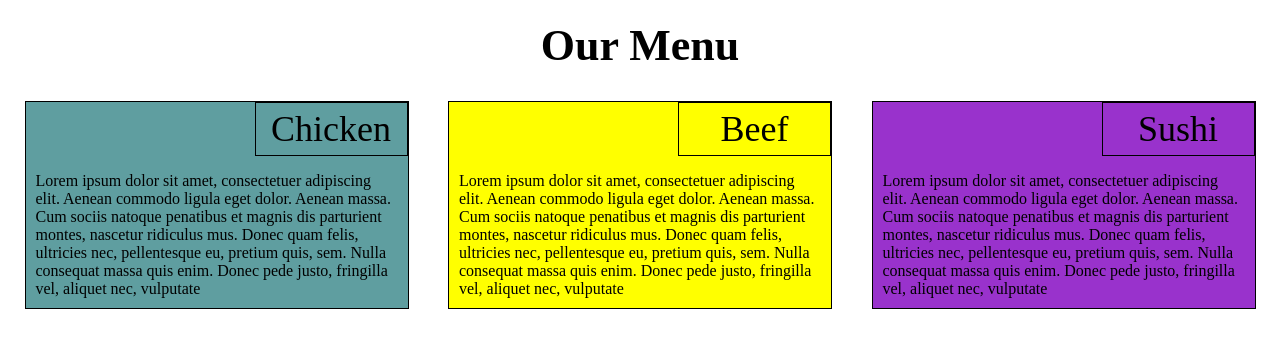
Repository: Normandy72/module2-solution
Page: index.html
The author's editor kept a copy of each file at every save. The page is drawn from the files as they stood at one save, then again after the next save.
The browser window is 1280 px wide. The pictures show the whole page.
Some web fonts or font styles are not loaded; a fallback is used.

Above is the page before, as saved 2022-12-05 15:14:58.

### index.html
<!DOCTYPE html>
<html lang="en">
<head>
    <meta charset="UTF-8">
    <meta http-equiv="X-UA-Compatible" content="IE=edge">
    <meta name="viewport" content="width=device-width, initial-scale=1.0">
    <title>Our menu</title>
    <link href="https://fonts.googleapis.com/css2?family=Comic+Neue:ital,wght@0,300;0,400;0,700;1,300;1,400;1,700&family=Roboto:ital,wght@0,100;0,300;0,400;0,500;0,700;0,900;1,100;1,300;1,400;1,500;1,700;1,900&display=swap" rel="stylesheet">
    <link rel="stylesheet" href="styles/style.css">
</head>
<body>
    <h1>Our Menu</h1>
    <div class="wrapper">
        <div class="card">
            <div class="card__name">Chicken</div>
            <p class="card__text">Lorem ipsum dolor sit amet, consectetuer adipiscing elit. Aenean commodo ligula eget dolor. Aenean massa. Cum sociis natoque penatibus et magnis dis parturient montes, nascetur ridiculus mus. Donec quam felis, ultricies nec, pellentesque eu, pretium quis, sem. Nulla consequat massa quis enim. Donec pede justo, fringilla vel, aliquet nec, vulputate</p>
        </div>
        <div class="card">
            <div class="card__name">Beef</div>
            <p class="card__text">Lorem ipsum dolor sit amet, consectetuer adipiscing elit. Aenean commodo ligula eget dolor. Aenean massa. Cum sociis natoque penatibus et magnis dis parturient montes, nascetur ridiculus mus. Donec quam felis, ultricies nec, pellentesque eu, pretium quis, sem. Nulla consequat massa quis enim. Donec pede justo, fringilla vel, aliquet nec, vulputate</p>
        </div>
        <div class="card">
            <div class="card__name">Sushi</div>
            <p class="card__text">Lorem ipsum dolor sit amet, consectetuer adipiscing elit. Aenean commodo ligula eget dolor. Aenean massa. Cum sociis natoque penatibus et magnis dis parturient montes, nascetur ridiculus mus. Donec quam felis, ultricies nec, pellentesque eu, pretium quis, sem. Nulla consequat massa quis enim. Donec pede justo, fringilla vel, aliquet nec, vulputate</p>
        </div>
    </div>
</body>
</html>

### styles/style.css
*{
    font-family: 'Comic Neue', cursive;
    font-size: 10px;

    margin: 0;
    padding: 0;
    box-sizing: border-box;
}

h1{
    font-size: 4.4rem;
    text-align: center;

    padding-top: 20px;
    padding-bottom: 30px;
}

.wrapper{
    display: flex;
    justify-content: space-evenly;
}

.card{
    width: 30%;
    margin: 0 15px 30px;
    position: relative;
    border: 1px solid black;
}

.card__name{
    border: 1px solid black;
    font-size: 3.6rem;
    padding: 5px;
    text-align: center;
    width: 40%;
    position: absolute;
    top: 0;
    right: 0;
}

.card__text{
    font-size: 1.6rem;
    padding: 70px 10px 10px;
}

.card:nth-child(1){
    background-color: cadetblue;
}

.card:nth-child(2){
    background-color: yellow;
}

.card:nth-child(3){
    background-color: darkorchid;
}

After the next save:
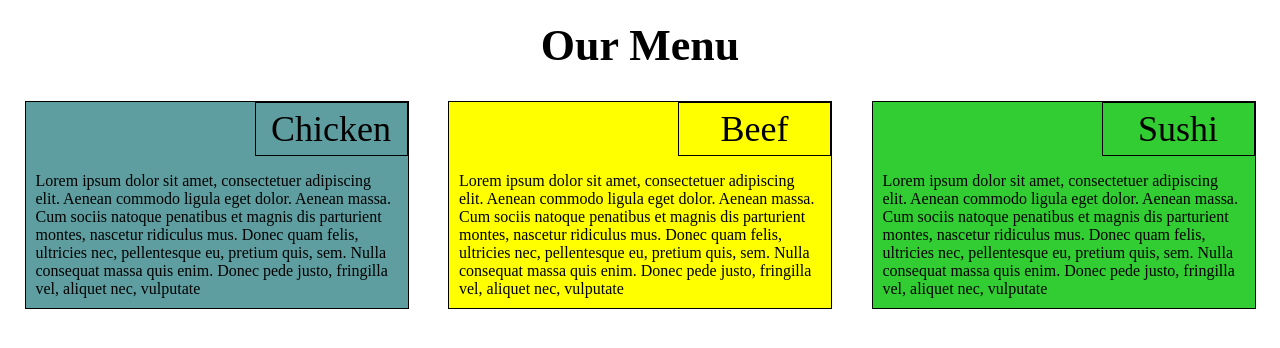
Saved 26 s later.
--- a/styles/style.css
+++ b/styles/style.css
@@ -52,5 +52,5 @@ h1{
 }
 
 .card:nth-child(3){
-    background-color: darkorchid;
+    background-color: limegreen;
 }
